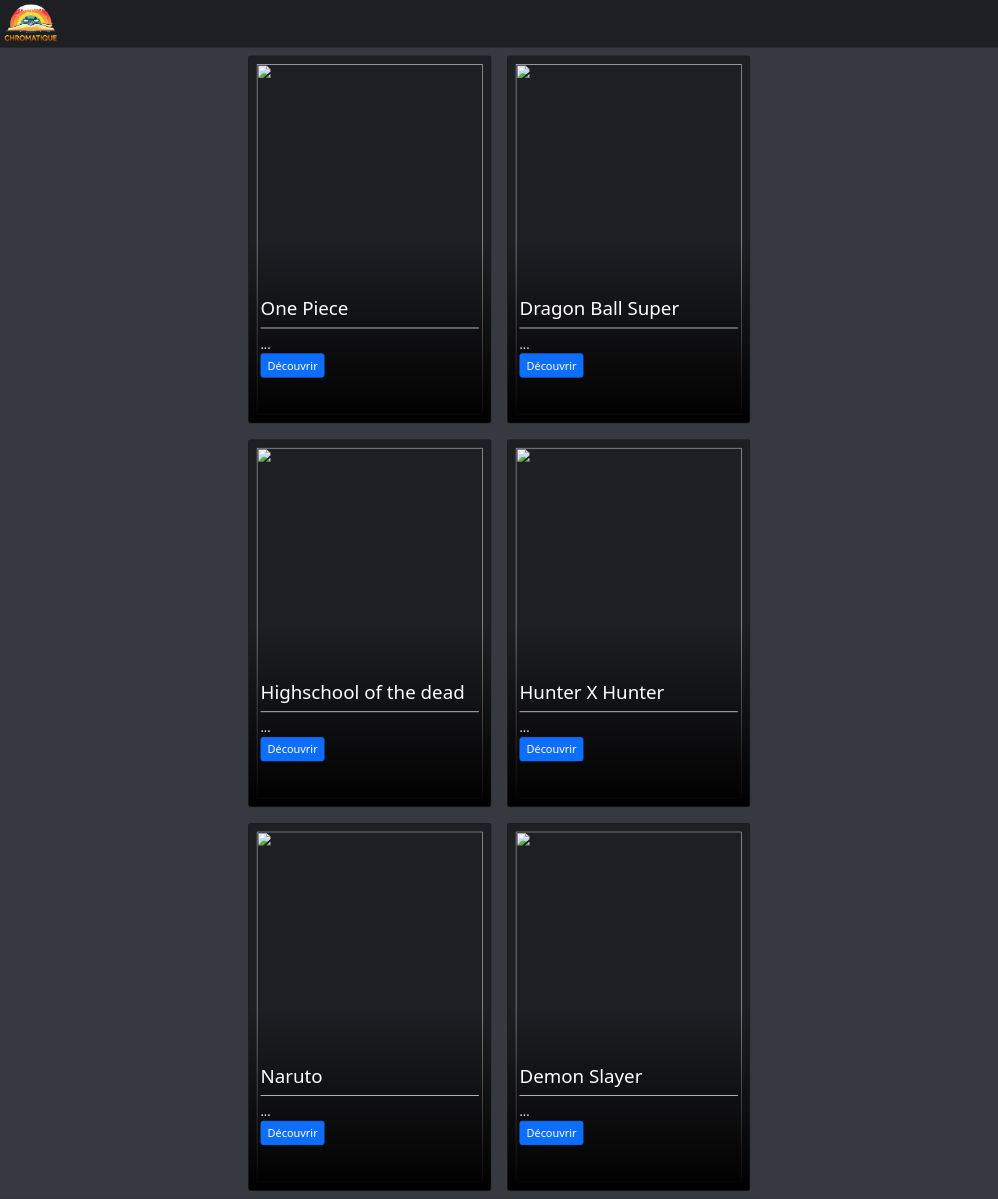
Repository: Codesieg/Chromatique
Page: http://localhost/
These files come from the project's save history. The page is drawn as it stood at one moment and after the next save; the edit follows.
The browser window is 1280 px wide. The pictures show the whole page, at 78% of full size.
Some icons come from a web library that is not loaded, so they are not drawn. The page is served by the project's Laravel application, run on PHP 8.4 with Laravel 8. Other server files are loaded and not shown. The database holds what the project's SQL file puts in it.

Above is the page before, as saved 2021-06-01 14:03:36.
Console error: TypeError: Cannot read properties of null (reading 'classList')

### chromatique/routes/web.php
<?php


use Illuminate\Support\Facades\Auth;
use Illuminate\Support\Facades\Route;
use App\Http\Controllers\PagesController;
use App\Http\Controllers\TomesController;
use App\Http\Controllers\MangasController;
use App\Http\Controllers\AdminTomesController;
use App\Http\Controllers\AdminMangasController;

/*
|--------------------------------------------------------------------------
| Web Routes
|--------------------------------------------------------------------------
|
| Here is where you can register web routes for your application. These
| routes are loaded by the RouteServiceProvider within a group which
| contains the "web" middleware group. Now create something great!
|
*/
//-------------- Route front ----------------
// Route::get('/', [MangasController::class,'browse'])->name('browse_mangas');

Route::get(
    '/',
    [MangasController::class, 'browse']
)->name('browse_mangas');

Route::get(
    '/tome/{id}',
    [TomesController::class,'browse']
)->name('browse_tomes');

Route::get(
    '/tome/page/{id}',
    [PagesController::class,'read']
)->name('browse_pages');

//-------------- Route back manga ----------------

Route::get(
    '/admin',
    [AdminMangasController::class, 'browse']
)->name('admin_browse_mangas');

Route::get(
    '/admin/add/manga',
    [AdminMangasController::class, 'form']
)->name('admin_form_manga');

Route::post(
    '/admin/add/manga',
    [AdminMangasController::class, 'add']
)->name('admin_add_manga');

Route::delete(
    '/admin/delete/{id}',
    [AdminMangasController::class, 'delete']
)->name('admin_delete_manga');

//-------------- Route back tome ----------------

// On récupère l'id du manga sur cette route et on affiche le formulaire d'ajout d'un tome par rapport à ça franchise
Route::get(
    '/admin/add/tome/{id}',
    [AdminTomesController::class, 'form']
)->name('admin_form_tome');

// On ajoute un tome
Route::post(
    '/admin/add/tome',
    [AdminTomesController::class, 'add']
)->name('admin_add_tome');

// On liste tous les tomes de tous les mangas
Route::get(
    '/admin/tome/',
    [AdminTomesController::class, 'browse']
)->name('admin_browse_tomes');

// On liste tous les tomes d'un manga
Route::get(
    '/admin/tome/{id}',
    [AdminTomesController::class, 'read']
)->name('admin_read_tome');

// Permet de supprimer un tome
Route::delete(
    '/admin/delete/tome/{id}',
    [AdminTomesController::class, 'delete']
)->name('admin_delete_tome');

Auth::routes();

Route::get(
        '/home',
        [HomeController::class, 'index']
)->name('home');

### chromatique/app/Http/Controllers/Auth/ConfirmPasswordController.php
<?php

namespace App\Http\Controllers\Auth;

use App\Http\Controllers\Controller;
use App\Providers\RouteServiceProvider;
use Illuminate\Foundation\Auth\ConfirmsPasswords;

class ConfirmPasswordController extends Controller
{
    /*
    |--------------------------------------------------------------------------
    | Confirm Password Controller
    |--------------------------------------------------------------------------
    |
    | This controller is responsible for handling password confirmations and
    | uses a simple trait to include the behavior. You're free to explore
    | this trait and override any functions that require customization.
    |
    */

    use ConfirmsPasswords;

    /**
     * Where to redirect users when the intended url fails.
     *
     * @var string
     */
    protected $redirectTo = RouteServiceProvider::LOGIN;

    /**
     * Create a new controller instance.
     *
     * @return void
     */
    public function __construct()
    {
        $this->middleware('auth');
    }
}

### chromatique/app/Http/Controllers/MangasController.php
<?php

namespace App\Http\Controllers;

use Illuminate\Http\Request;
use App\Models\Mangas;

class MangasController extends Controller
{
    /**
     * Show all the mangas in database.
     *
     * @return App\Models\Mangas
     */
    public function browse()
    {
        $listManga = Mangas::all();

        return view('mangas/home', [
            'listMangas' => $listManga
        ]);
    }

    /**
     * Show the mangas by id.
     *
     * @return App\Models\Mangas
     */
    public function read($id)
    {
        return view('mangas/details', [
            'manga' => Mangas::find($id)
        ]);
    }

}

### chromatique/app/Models/Mangas.php
<?php

namespace App\Models;

use Illuminate\Database\Eloquent\Factories\HasFactory;
use Illuminate\Database\Eloquent\Model;

class Mangas extends Model
{
    use HasFactory;
    protected $fillable = [
        'manga_name',
        'manga_jacket',
        'author',
        'synopsis',
        'manga_banner',
        'manga_directory',
        'manga_home_order',
        'users_id',
        'chapter_id',
    ];

    /**
     * Get the tomes for the manga.
     */
    public function tomes()
    {
        return $this->hasMany(Tomes::class);
    }

}

### chromatique/resources/views/mangas/home.blade.php
@extends ('layout')

@section('contenu')

    <div class="content">
        <section class="cards">
                @foreach ($listMangas as $manga)
                    <a href="tome/{{$manga->id}}">
                        <div class="card">
                            <img class="cover" src="<?= asset('assets/mangas/') ?>{{$manga->manga_directory . $manga->manga_cover}}" alt="">
                            <div class="main-text">
                                <h1 class="white title">{{$manga->manga_name}}</h1>
                                <p class="synopsis"><?= substr($manga->manga_synopsis, 0, 100) ?>...</p>
                                <button type="button" class="btn btn-primary btn-sm end-0"> Découvrir</button>
                            </div>
                        </div>
                    </a>
                @endforeach
        </section>
    </div>
@endsection
<!-- content-->

### chromatique/resources/views/layout.blade.php
<!DOCTYPE html>
<html lang="fr">

<head>
    <meta charset="UTF-8">
    <meta http-equiv="X-UA-Compatible" content="IE=edge">
    <meta name="viewport" content="width=device-width, initial-scale=1.0">
    <title>Chromatique</title>
    <link rel="stylesheet" href="https://maxst.icons8.com/vue-static/landings/line-awesome/line-awesome/1.3.0/css/line-awesome.min.css">
    <link rel="stylesheet" href="<?= asset('assets/css/reset.css') ?>">
    <link href="https://cdn.jsdelivr.net/npm/bootstrap@5.0.0-beta3/dist/css/bootstrap.min.css" rel="stylesheet" integrity="sha384-eOJMYsd53ii+scO/bJGFsiCZc+5NDVN2yr8+0RDqr0Ql0h+rP48ckxlpbzKgwra6" crossorigin="anonymous">

    <link rel="stylesheet" href="<?= asset('assets/css/style.css') ?>">
</head>

<header>
    <div class="infos-menu">
        <div class="wrapper-menu">
            <img class="logo" src="<?= asset('assets/img/logo.png') ?>" alt="">
            <a href="{{route('browse_mangas')}}"><i class="las la-3x la-home white"></i></a>
            <a href="{{route('admin_browse_mangas')}}"><i class="las la-3x la-user-shield white"></i></a>
            <a href="https://discord.gg/3HH8Usj"><i class="lab la-3x la-discord white"></i></a>
            <a href="#"><i class="lab la-3x la-telegram white"></i></a>
            <a href="#"><i class="las la-3x la-info-circle white"></i></a>
        </div>
    </div>
</header>
<body >
    <!-- wrap -->

    @yield('contenu')



</body>
<script src="https://cdn.jsdelivr.net/npm/bootstrap@5.0.0-beta3/dist/js/bootstrap.bundle.min.js" integrity="sha384-JEW9xMcG8R+pH31jmWH6WWP0WintQrMb4s7ZOdauHnUtxwoG2vI5DkLtS3qm9Ekf" crossorigin="anonymous"></script>
<script type="text/javascript" src="{{ URL::asset('assets/js/app.js') }}"></script>
</html>

### chromatique/public/assets/css/reset.css
/* http://meyerweb.com/eric/tools/css/reset/
   v2.0 | 20110126
   License: none (public domain)
*/

html,
body,
div,
span,
applet,
object,
iframe,
h1,
h2,
h3,
h4,
h5,
h6,
p,
blockquote,
pre,
a,
abbr,
acronym,
address,
big,
cite,
code,
del,
dfn,
em,
img,
ins,
kbd,
q,
s,
samp,
small,
strike,
strong,
sub,
sup,
tt,
var,
b,
u,
i,
center,
dl,
dt,
dd,
ol,
ul,
li,
fieldset,
form,
label,
legend,
table,
caption,
tbody,
tfoot,
thead,
tr,
th,
td,
article,
aside,
canvas,
details,
embed,
figure,
figcaption,
footer,
header,
hgroup,
menu,
nav,
output,
ruby,
section,
summary,
time,
mark,
audio,
video {
    margin: 0;
    padding: 0;
    border: 0;
    font-size: 100%;
    font: inherit;
    vertical-align: baseline;
}

a {
    text-decoration: none;
}


/* HTML5 display-role reset for older browsers */

article,
aside,
details,
figcaption,
figure,
footer,
header,
hgroup,
menu,
nav,
section {
    display: block;
}

body {
    line-height: 1;
}

ol,
ul {
    list-style: none;
}

blockquote,
q {
    quotes: none;
}

blockquote:before,
blockquote:after,
q:before,
q:after {
    content: '';
    content: none;
}

table {
    border-collapse: collapse;
    border-spacing: 0;
}

### chromatique/public/assets/css/style.css
body {
    margin: 0;
    background-color: #36393F;
}

.logo {
    margin: 5px 5px 5px 5px;
    width: 10%;
}

.logo__left {
    width: 50px
}

.infos-menu {
    display: flex;
    align-items: center;
    justify-content: space-between;
    background-color: #1e1f22;
    position: sticky;
}

.infos-menu i {
    margin-left: 2px;
}

.wrapper-menu {
    display: flex;
    align-items: center;
}

.la-user-shield {
    margin: 0 10px 0 0;
}

.search {
    position: relative;
    margin: 10px 0 0 0;
    float: left;
    top: 50px;
    right: 50px;
}

.field {
    border: 0 !important;
    width: 100% !important;
    height: 100% !important;
    padding: 10px 20px !important;
    background: white !important;
    border-radius: 3px !important;
    box-shadow: 0px 8px 15px rgba(75, 72, 72, 0.1) !important;
    -webkit-transition: all 0.4s ease !important;
    transition: all 0.4s ease !important;
}

.login {
    display: flex;
    align-items: center;
    margin: 0 20px 0 0px;
}

.login a {
    margin: 0 5px 0 5px;
    text-decoration: none;
    font-size: 1.5em;
    color: #fff;
    padding: 5px 5px 5px 5px;
}

.dropdown-login {
    position: relative;
    display: inline-block;
    margin: 0 0 0 50px;
}

.dropdown-login:hover .dropdown-content {
    display: flex;
    flex-direction: column;
}

.dropdown-content {
    display: none;
    position: absolute;
    background-color: #1e1f22;
    min-width: 260px;
    top: 85%;
    right: 5%;
    box-shadow: 0px 8px 16px 0px rgba(0, 0, 0, 0.2);
    padding: 30px 8px 16px 8px;
    z-index: 1;
}

.white {
    color: #ffff;
    text-decoration: none;
}

p {
    color: white;
}

.title {
    font-size: 1.5em;
    padding: 10px 10px 10px 0;
    border-bottom: solid #DCDDDE 1px;
}

.synopsis {
    text-align: left !important;
}

.wrapper {
    margin-top: 5%;
}

.main {
    width: 80%;
    margin: 20px auto;
    display: flex;
    justify-content: center;
}

.content {
    display: flex;
    flex-direction: column;
}

.hot {
    border-bottom: solid #DCDDDE 1px;
    color: #DCDDDE;
    font-size: 1.8em;
    padding: 0 0 5px 0;
}

.cards {
    display: flex;
    justify-content: center;
    align-self: center;
    flex-wrap: wrap;
    width: 60%;
}

.card {
    background-color: #1e1f22;
    margin: 10px;
    padding: 10px;
    display: flex;
    flex-direction: column;
}

.card p {
    text-align: center;
    margin: 7px 0 0 0;
}

.stats {
    display: flex;
    margin: 10px 0 10px 0;
}

.views {
    display: flex;
}

.resume {
    width: 75%;
    margin: 5px 0 0 0;
    font-size: 1.2em;
    font-family: 'Lucida Sans', 'Lucida Sans Regular', 'Lucida Grande', 'Lucida Sans Unicode', Geneva, Verdana, sans-serif;
}

.cover {
    width: 290px;
    height: 450px;
    display: flex;
    align-self: center;
}

.main-cover {
    position: relative;
    float: right;
    top: 50px;
    left: 100px;
}

.main-text {
    position: absolute;
    left: 0;
    bottom: 0;
    z-index: 1;
    width: 100%;
    height: 50%;
    background-image: linear-gradient( to bottom, transparent, rgba(0, 0, 0, 0.84) 85%, #000);
    padding: 64px 15px 0 15px;
    border-radius: 3px;
}


/*  Détails page admin */

.manga-thumb {
    width: 20%;
}


/*  Zoom des pages */

.zoom {
    margin: 1%;
    padding: 0.3em;
    width: 6%;
    background-color: #1e1f226e;
    border-radius: 20px;
    position: absolute;
    float: left;
    top: 850px;
    left: 0px;
    display: flex;
    justify-content: space-evenly;
    position: fixed;
}

.page {
    display: flex;
    flex-direction: column;
    justify-content: center;
}

.scale {
    width: 50%;
    margin: 1% auto;
}

.zoom-in,
.zoom-out {
    cursor: pointer;
}


/* Suppression des messages flash */

.flash-fade {
    opacity: 0;
    transition: opacity 5s;
}

### chromatique/public/assets/js/app.js
// module principal

const app = {
    // on initialise le js
    init: function() {
        console.log('%c' + 'Methode init executée', 'color: #f0f; font-size: 1rem; background-color:#fff');
        // Ciblage du bouton de fermeture des message
        document.addEventListener("DOMContentLoaded", app.closeFlash());

        //ciblage du bouton de zoom in
        let zoomIn = document.querySelector(".zoom-in");
        zoomIn.addEventListener("click", app.zoomIn);

        //ciblage du bouton de zoom out
        let zoomOut = document.querySelector(".zoom-out");
        zoomOut.addEventListener("click", app.zoomOut);


    },

    // fonction pour le zoom in
    zoomIn: function() {
        // on récupére l'élément .page pour lui définir une nouvelle taill
        const pageElementsList = document.querySelectorAll(".page");
        // On cré une boucle afin de récupérer tout les pages d'un tome
        for (let pageElement of pageElementsList) {
            // On récupére la taille actuelle de la page
            const width = pageElement.offsetWidth;
            // On lui ajoute 20px à chaque clique
            pageElement.style.width = (width + 20) + "px";
        }

    },

    zoomOut: function() {
        const pageElementsList = document.querySelectorAll(".page");
        for (let pageElement of pageElementsList) {
            const width = pageElement.offsetWidth;
            pageElement.style.width = (width - 20) + "px";
        }
    },

    closeFlash: function() {
        const flashElement = document.querySelector(".alert");
        flashElement.classList.add("flash-fade");
    },

};
// initialisation du js une fois que toute la apge est chargé
document.addEventListener('DOMContentLoaded', app.init);

console.log('%c' + 'Scrip.js chargé', 'color: #f0f; font-size: 1rem; background-color:#fff');

### Docs/chromatique.sql (the tables this page reads)
CREATE TABLE IF NOT EXISTS `mangas` (
  `id` int(10) UNSIGNED NOT NULL AUTO_INCREMENT,
  `manga_name` varchar(45) DEFAULT NULL COMMENT 'Nom du manga',
  `author` varchar(45) DEFAULT NULL COMMENT 'Auteur du manga',
  `synopsis` mediumtext COMMENT 'Résumé du manga',
  `manga_jacket` varchar(255) NOT NULL COMMENT 'Couverture du manga',
  `manga_banner` varchar(45) DEFAULT NULL COMMENT 'bannière de page du manga',
  `manga_directory` varchar(60) DEFAULT NULL,
  `home_order` int(11) DEFAULT '0',
  `created_at` timestamp NULL DEFAULT NULL,
  `updated_at` timestamp NULL DEFAULT NULL,
  `users_id` int(10) UNSIGNED NOT NULL,
  `chapter_id` int(11) NOT NULL,
  PRIMARY KEY (`id`,`users_id`),
  UNIQUE KEY `id_UNIQUE` (`id`),
  KEY `fk_mangas_users1_idx` (`users_id`)
) ENGINE=InnoDB AUTO_INCREMENT=34 DEFAULT CHARSET=utf8;

INSERT INTO `mangas` (`id`, `manga_name`, `author`, `synopsis`, `manga_jacket`, `manga_banner`, `manga_directory`, `home_order`, `created_at`, `updated_at`, `users_id`, `chapter_id`) VALUES
(1, 'One Piece', NULL, NULL, '/tome_93/tome-93.jpg', NULL, '/One_Piece', 0, '2021-04-02 22:00:00', NULL, 1, 0),
(29, 'Dragon Ball Super', NULL, NULL, '/Dragon Ball Super/Dragon Ball Super.jpg', NULL, NULL, 0, '2021-04-18 14:55:32', '2021-04-18 14:55:32', 1, 0),
(30, 'Highschool of the dead', NULL, NULL, '/Highschool of the dead/Highschool of the dead.jpg', NULL, NULL, 0, '2021-04-18 14:56:57', '2021-04-18 14:56:57', 1, 0),
(31, 'Hunter X Hunter', NULL, NULL, '/Hunter X Hunter/Hunter X Hunter.jpg', NULL, NULL, 0, '2021-04-18 14:57:26', '2021-04-18 14:57:26', 1, 0),
(32, 'Naruto', NULL, NULL, '/Naruto/Naruto.jpg', NULL, NULL, 0, '2021-04-18 15:02:12', '2021-04-18 15:02:12', 1, 0),
(33, 'Demon Slayer', NULL, NULL, '/Demon Slayer/Demon Slayer.jpg', NULL, NULL, 0, '2021-04-18 15:02:30', '2021-04-18 15:02:30', 1, 0);

ALTER TABLE `mangas`
  ADD CONSTRAINT `fk_mangas_users1` FOREIGN KEY (`users_id`) REFERENCES `users` (`id`) ON DELETE NO ACTION ON UPDATE NO ACTION;

Loaded but not shown: chromatique/app/Providers/AppServiceProvider.php (common file); chromatique/app/Http/Controllers/Controller.php (common file)

After the next save:
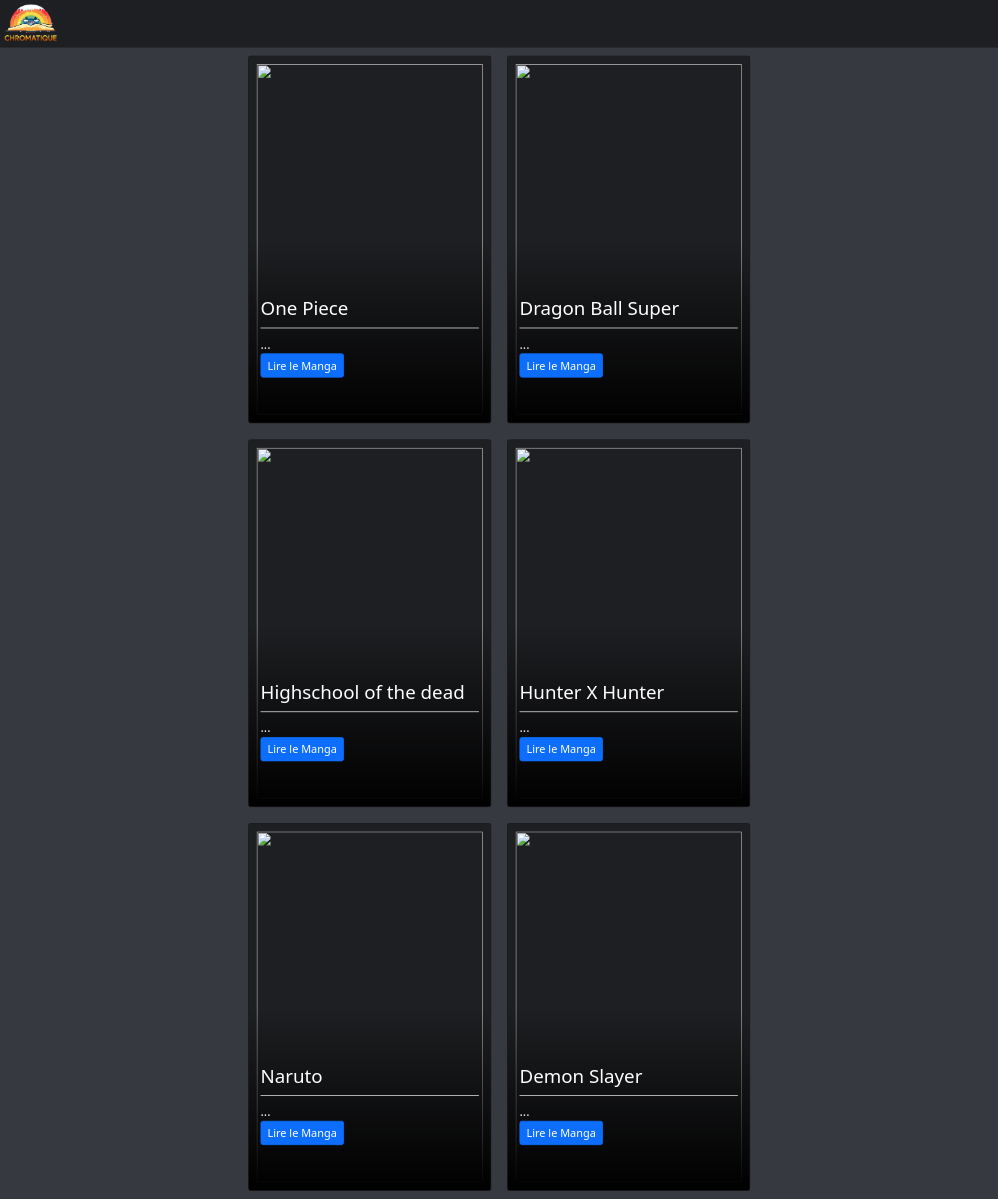
Saved 103 s later.
--- a/chromatique/resources/views/mangas/home.blade.php
+++ b/chromatique/resources/views/mangas/home.blade.php
@@ -11,7 +11,7 @@
                             <div class="main-text">
                                 <h1 class="white title">{{$manga->manga_name}}</h1>
                                 <p class="synopsis"><?= substr($manga->manga_synopsis, 0, 100) ?>...</p>
-                                <button type="button" class="btn btn-primary btn-sm end-0"> Découvrir</button>
+                                <button type="button" class="btn btn-primary btn-sm end-0"> Lire le Manga</button>
                             </div>
                         </div>
                     </a>
